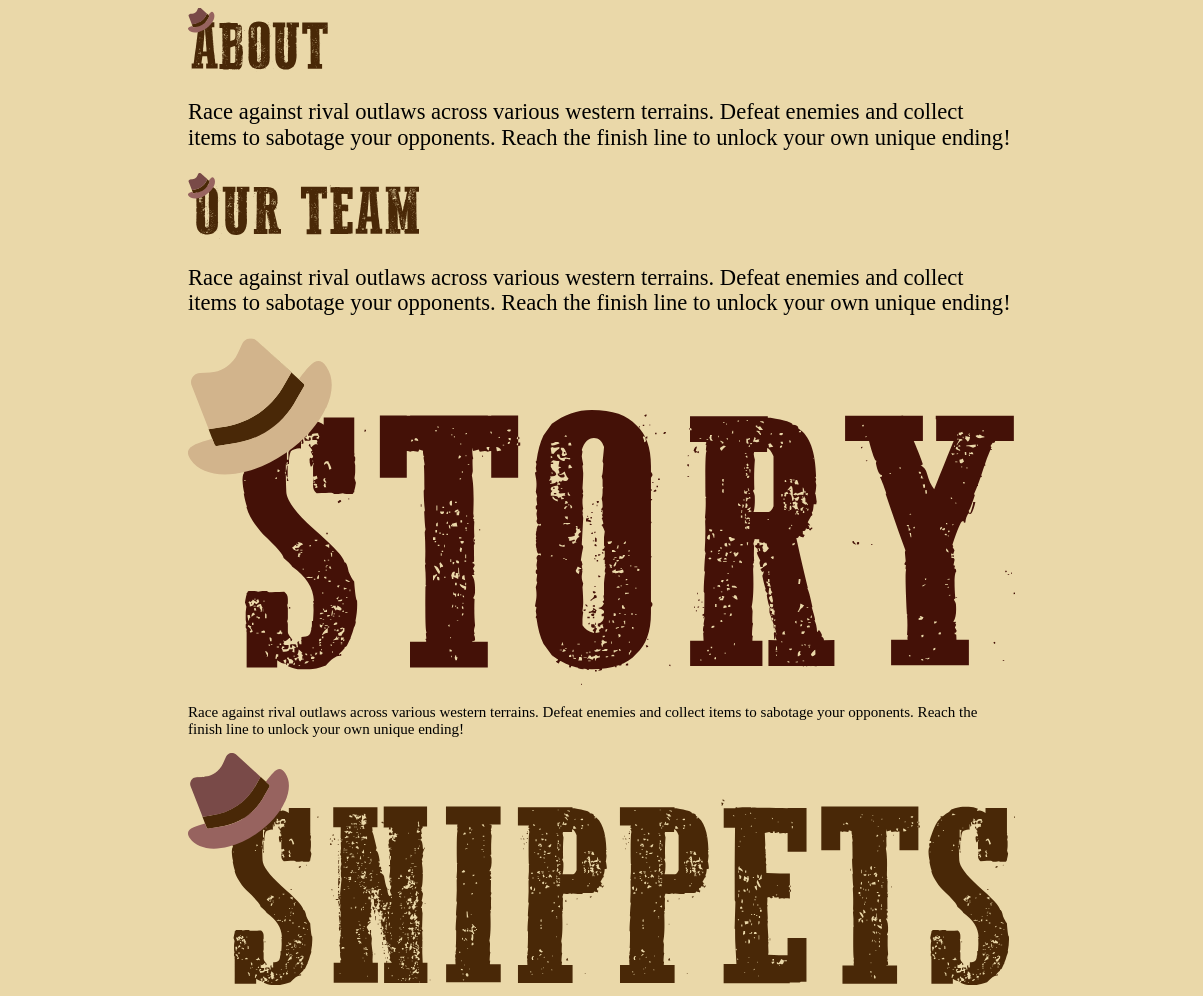
Repository: AlyssaHug/Bandit-Breakout
Page: index.html
The author's editor kept a copy of each file at every save. The page is drawn from the files as they stood at one save, then again after the next save.
The browser window is 1280 px wide. The pictures show the whole page, at 94% of full size.
Some web fonts or font styles are not loaded; a fallback is used.

Above is the page before, as saved 2025-05-06 14:09:22.

After the next save:
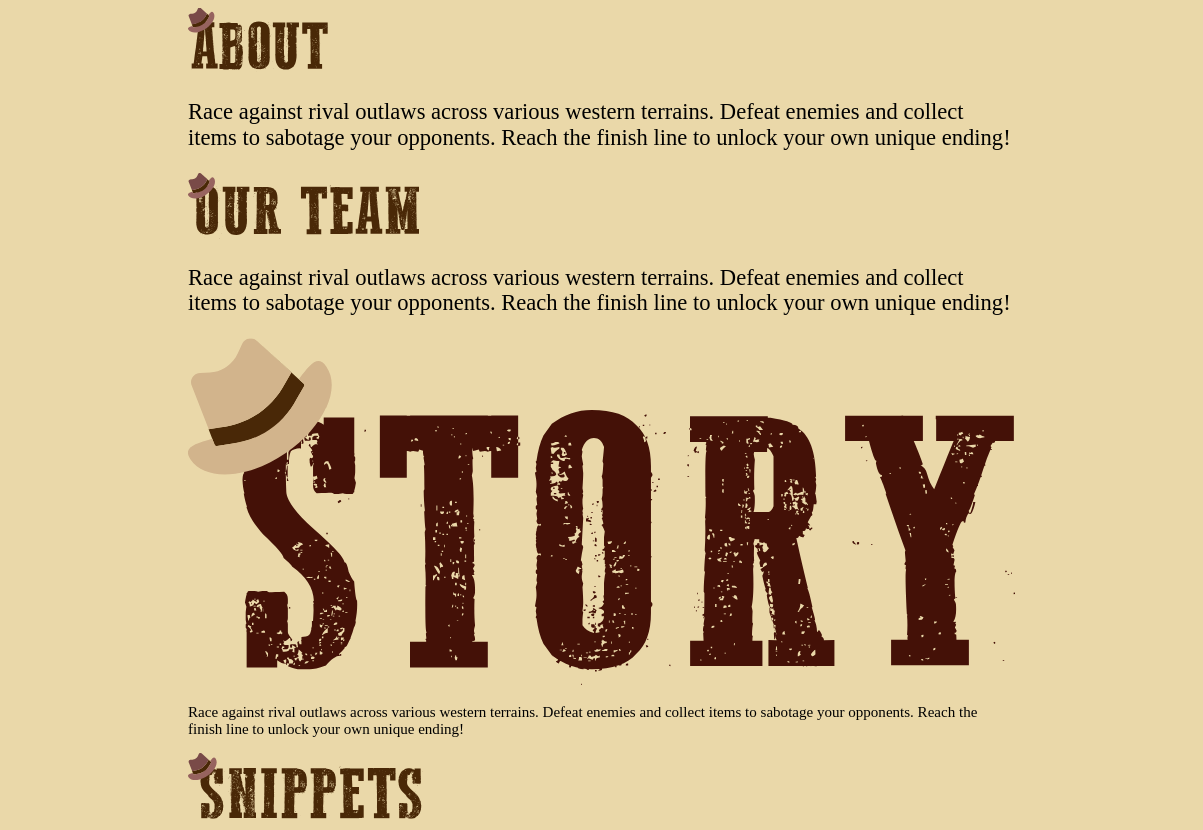
Saved 4 s later.
--- a/styles.css
+++ b/styles.css
@@ -39,7 +39,7 @@ html {
     height: 70px;
 }
 
-.about_section-heading {
+.snippets_section-heading {
     height: 70px;
 }
 
